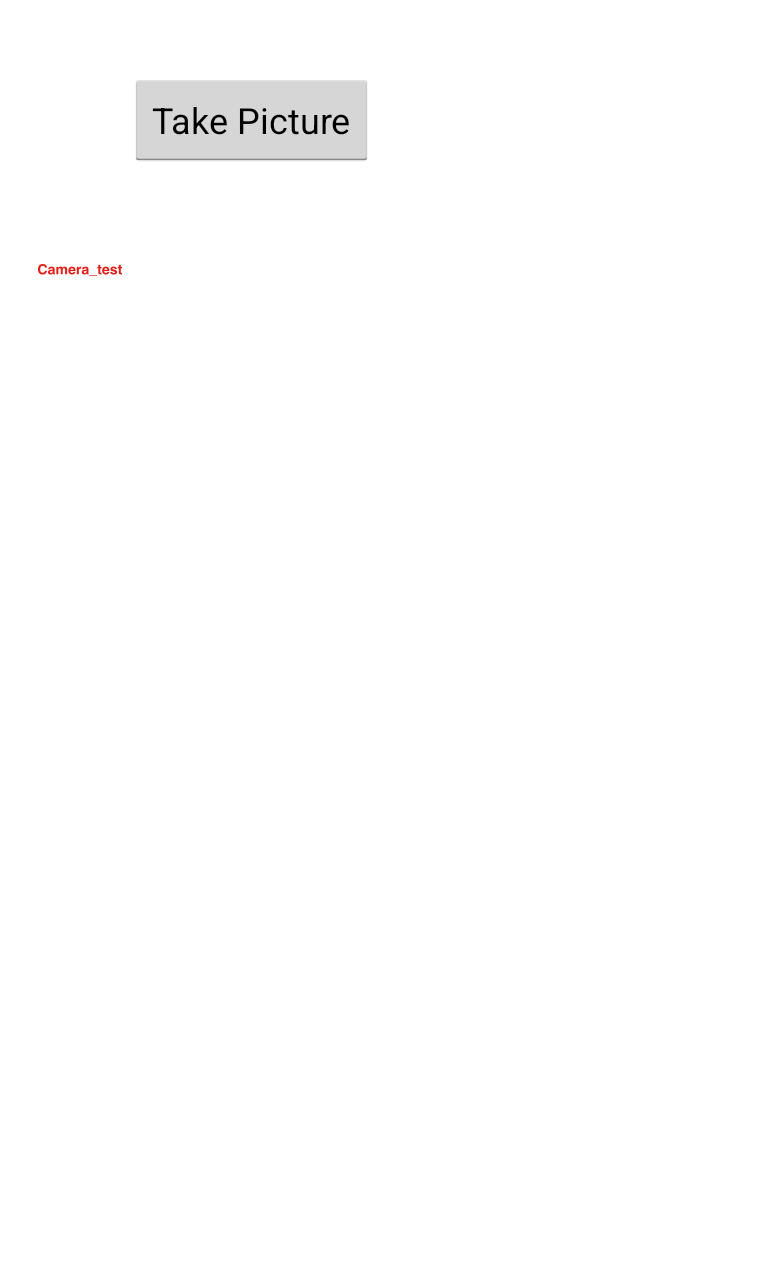
Repository: jellydiamonds/Proto
Layout: Android/Camera/res/layout/activity_main.xml
An editor plug-in stored every save of this project. The layout is shown before and after the next save, followed by the edit.
It is drawn on a 768 x 1280 px phone screen (xhdpi) without system bars, with theme AppTheme; the app's code is not run.

Above is the layout before, as saved 2014-03-20 14:07:36.

After the next save:
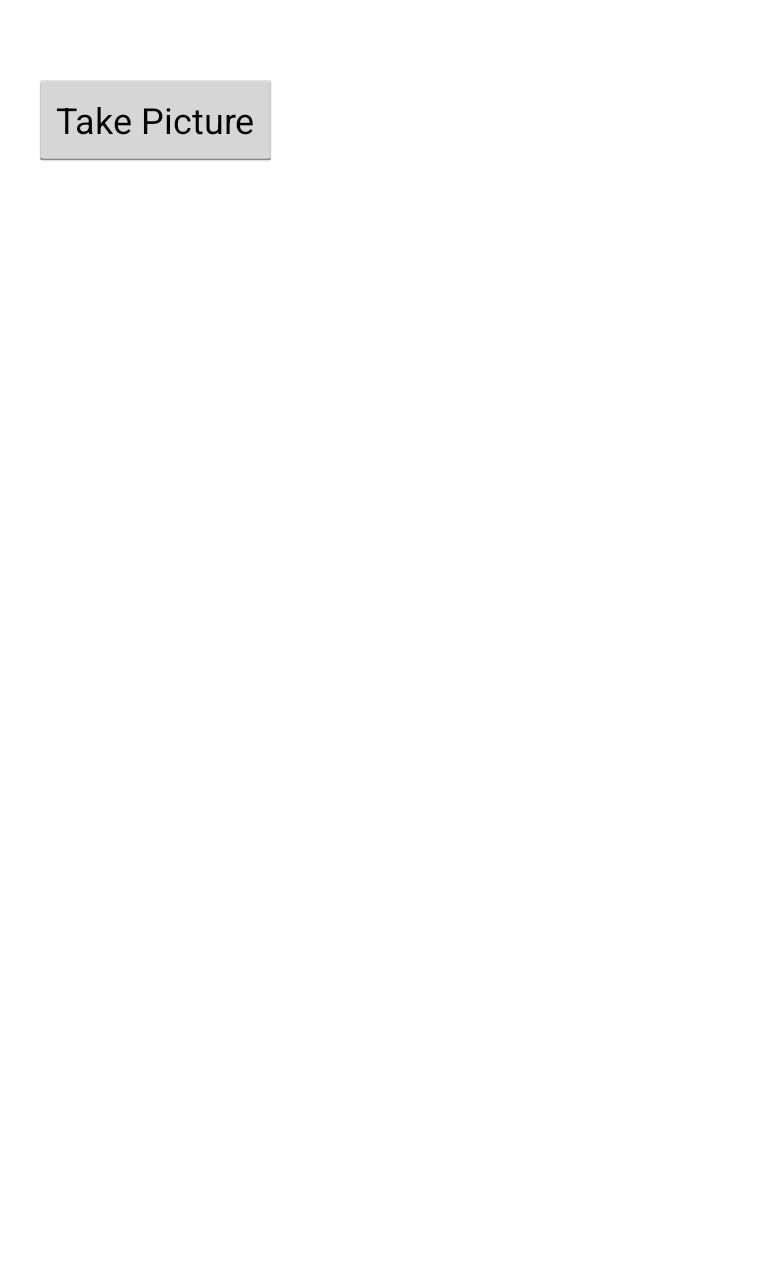
Saved 3 min 20 s later.
--- a/Android/Camera/res/layout/activity_main.xml
+++ b/Android/Camera/res/layout/activity_main.xml
@@ -21,7 +21,7 @@
         			android:layout_width="wrap_content"
         			android:layout_height="wrap_content"
         			android:layout_marginTop="95dp"
-        			android:src="@drawable/ic_launcher" />
+        			 />
 
     		<Button
         			android:id="@+id/button1"
